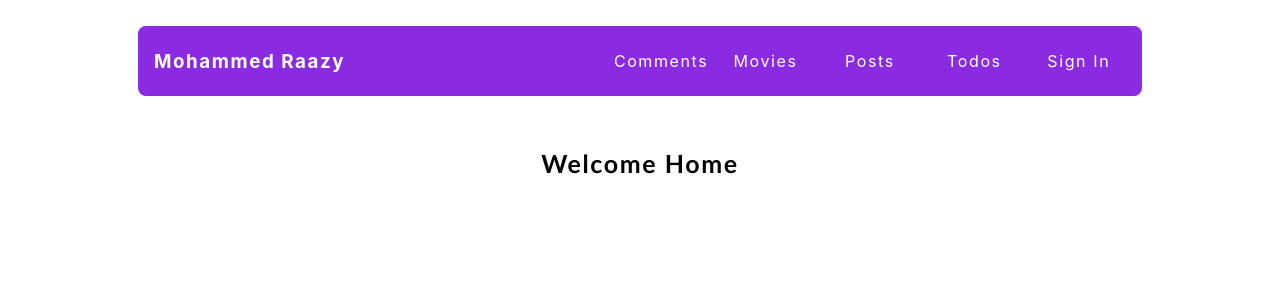
Repository: raazymuhd1/learn-nextjs
Page: /
These files come from the project's save history. The page is drawn as it stood at one moment and after the next save; the edit follows.
The browser window is 1280 px wide. The pictures show the whole page.
The page's requests for data from a server got no answer. The project was rebuilt for these pictures with package versions that can differ from the ones it lists, and the page was loaded fresh each time. The framework's server and built-in components were replaced by stand-ins that run in the browser. No one was signed in, and anything a server would have sent is missing.

Above is the page before, as saved 2021-09-03 14:57:32.

After the next save:
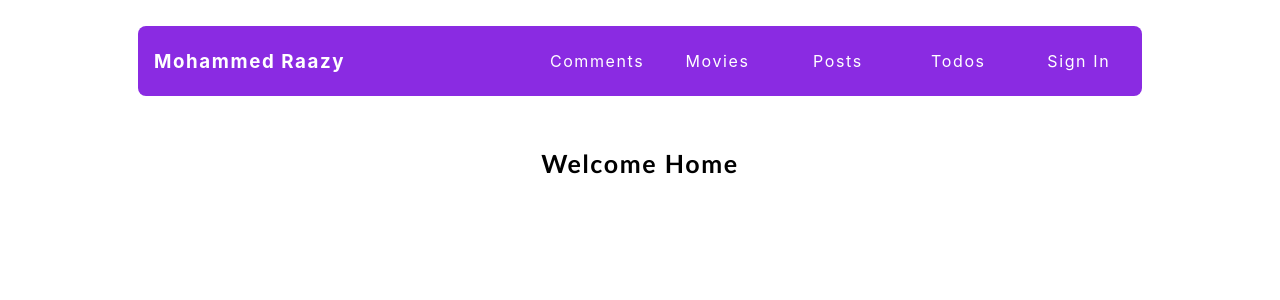
Saved 58 s later.
--- a/components/Navbar/styles.js
+++ b/components/Navbar/styles.js
@@ -44,4 +44,5 @@ ${'' /* small size */}
 
 export const LI = styled.li`
     list-style: none;
+    margin-left: 1rem;
 `
